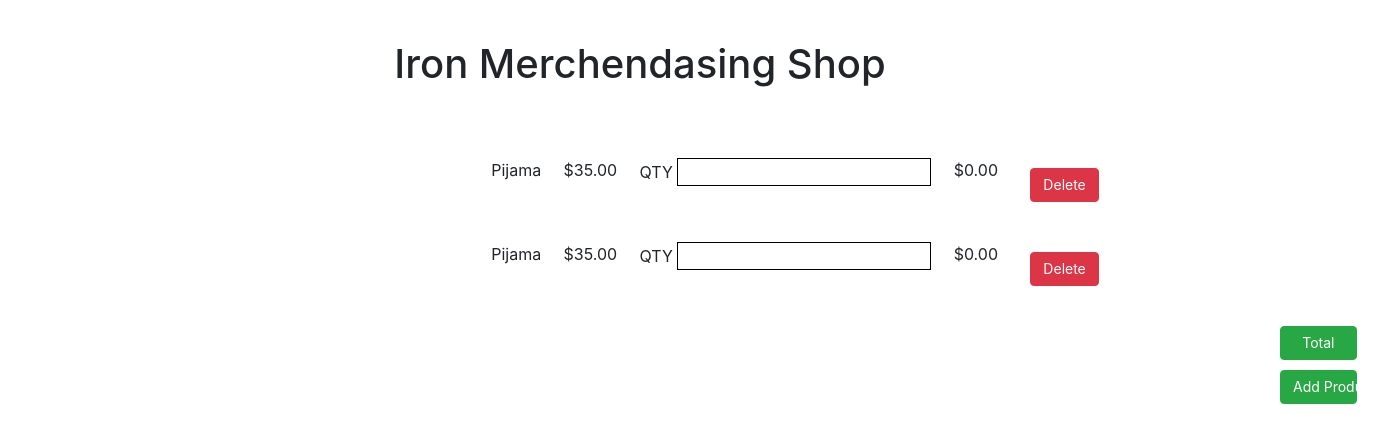
Repository: konstantin0s/lab-cart-DOM
Page: index.html
These files come from the project's save history. The page is drawn as it stood at one moment and after the next save; the edit follows.
The browser window is 1280 px wide. The page is 1376 px wide, so the pictures cover 1376 px, including what lies to the right of the window. The pictures show the whole page.
Some web libraries are served in a nearby version.

Above is the page before, as saved 2019-02-03 09:59:16.

### index.html
<!DOCTYPE html>
<html lang="en">
<head>
  <meta charset="UTF-8">
  <meta name="viewport" content="width=device-width, initial-scale=1.0">
  <meta http-equiv="X-UA-Compatible" content="ie=edge">
  <link rel="stylesheet" href="https://cdnjs.cloudflare.com/ajax/libs/normalize/5.0.0/normalize.min.css">
  <link rel="stylesheet" href="./css/style.css">
  <link rel="stylesheet" href="https://stackpath.bootstrapcdn.com/bootstrap/4.2.1/css/bootstrap.min.css">
  <title>Ironhack cart</title>
</head>

<body>
  <h1  class="title">Iron Merchendasing Shop</h1>
<!--
  <div class="container mt-4" id="amess">
    <h1 class="display-4 text-center">
      <i class="fas fa-book-open text-primary"></i>
      My <span class="text-primary">Products</span>List
      </h1>
      <form action="" id="product-form">
        <div class="form-group">
          <label for="product">Product</label>
          <input id="newProd" class="form-control" type="text">
        </div>
        <div class="form-group">
          <label for="price">$:</label>
          <input id="newPrice" class="form-control" type="text">
        </div>
        <div class="form-group">
          <label for="quantity">QTY</label>
          <input id="newQty" class="form-control" type="text">
        </div>
        <input type="submit" value="Add Product"
          class="btn btn-primary btn-block">
     </form>
        <table class="table table-striped">
          <thead>
            <tr>
              <th>Product:</th>
              <th class="fPrice">Price:</th>
              <th class="fQua">Quantity:</th>
              <th class="fTotal">Total:</th>
              <th></th>
            </tr>
          </thead>
            <tbody id="product-list"></tbody>
          </table>
  </div>   -->


  <div id="container">

      <div class="product">
        <div class="name">
          <span>Pijama</span>
        </div>
        <div class="price">
          $<span id="price">35.00</span>
        </div>
        <div>
          <label>QTY</label>
          <input type="number" name="quantity" class="quantity">
        </div>
        <div class="sum">
          $<span>0.00</span>
        </div>
        <div class="remove">
            <button class="button btn-danger" type="button">Delete</button>
        </div>
      </div>

      <div class="product">
          <div class="name">
            <span>Pijama</span>
          </div>
          <div class="price">
            $<span class="price">35.00</span>
          </div>
          <div>
            <label>QTY</label>
            <input type="number" name="quantity" class="quantity">
          </div>
          <div class="sum">
            $<span>0.00</span>
          </div>
          <div class="remove">
              <button class="button btn-danger" type="button">Delete</button>
          </div>
        </div>
    </div>

    <!--Ouside container-->
     <div class="addBC-container">
      <div class="calculate">
         <button type="button" class="button btn-success" id="calc-prices-button">Total</button>
      </div>

    <div class="addPBtn">
      <button type="button" class="button btn-success" id="addExtra">Add Product</button>
    </div>

    <div class="newRowItems">

    </div>
    </div>



      <script type="text/javascript" src="./js/index.js"></script>

</body>
</html>

### css/style.css

body{
  overflow-x: hidden;
}

.title {
  text-align: center;
  padding: 40px;
}

.container {
  display: flex;
  flex-direction: row;
}

input {
  border: solid 1px black;
}

.product {
  display: flex;
  flex-direction: row;
  justify-content: space-around;
  width: 50%;
  margin: 30px 0 0 480px;
}

.button {
  display: inline-block;
  padding: 6px 12px;
  margin-bottom: 0;
  font-size: 14px;
  font-weight: 400;
  line-height: 1.42857143;
  text-align: center;
  white-space: nowrap;
  vertical-align: middle;
  -ms-touch-action: manipulation;
  touch-action: manipulation;
  cursor: pointer;
  -webkit-user-select: none;
  -moz-user-select: none;
  -ms-user-select: none;
  user-select: none;
  background-image: none;
  border: 1px solid transparent;
  border-radius: 4px;
}

.btn-success {
    color: #fff;
    background-color: #5cb85c;
    border-color: #4cae4c;
}

.cost-1 {
  margin: 10px;

}

.input {
  margin: 10px;
}

.totalP-1 {
  margin: 10px;
}



/* add total & product container */
.addBC-container {
    display: flex;
    flex-direction: column;
    margin:20px 0 20px 0;
}

/* Add new product button*/
.addPBtn {
  margin:10px 0 0 1280px;
  display: flex;
  flex-direction: column;
  width: 6%;
}

/* total button*/
.calculate {
  margin:10px 0 0 1280px;
  display: flex;
  flex-direction: column;
  width: 6%;
}

.remove {
  margin: 10px;
}

.btn-danger {
    color: #fff;
    background-color: #CF000F;
    border-color: #CF000F;
}

/* .quantity {
  margin: 0px 5px;
  height: 30px;
} */
/*
.newRowItems {
  display: flex;
  flex-direction: column;

}

.newRowItems p{
 position: relative;
 top: -40px;
 left: 175px;
}

.newRowItems .sexy{
  position: relative;
  top: -2x;
  left: 20px;
 }
 .newRowItems .quan {
  position: relative;
  top: -130px;
  left: 460px;
}

 .newRowItems input{
  position: relative;
  top: -91px;
  left: 190px;
 }


 .newRowItems .inputQua{
  position: relative;
  top: -80px;
  left: 380px;
 }

  .newRowItems .defPrice{
  position: relative;
  top: -210px;
  left: 845px;
 } */

 /* style new added new products*/
 /* #amess {
   display:flex;
   width:50%;
   height: 500px;
   flex-direction: column;
   /* align-items: center; */
   /* margin-bottom: 300px;
   left: -400px;
 } */

/*
.newRowItems button {
  position: relative;
  top: -253px;
  left: 890px;
  width: 70px;
  display: inline-block;
  padding: 6px 12px;
  margin-bottom: 0;
  font-size: 14px;
  font-weight: 400;
  line-height: 1.42857143;
  text-align: center;
  white-space: nowrap;
  vertical-align: middle;
  -ms-touch-action: manipulation;
  touch-action: manipulation;
  cursor: pointer;
  -webkit-user-select: none;
  -moz-user-select: none;
  -ms-user-select: none;
  user-select: none;
  background-image: none;
  border: 1px solid transparent;
  border-radius: 4px;

} */

### js/index.js

  document.getElementById("calc-prices-button").addEventListener("click", getTotalPrice);
  document.getElementById("addExtra").addEventListener("click", createNewItemRow);
  // document.getElementById("addExtra").addEventListener("click", createQuantityNode);
  // document.getElementById("addExtra").addEventListener("click", createQuantityInput);
  // document.getElementById("addExtra").addEventListener("click", getPriceByProduct);
  document.getElementById("addExtra").addEventListener("click",   createDeleteButton);
  // document.getElementById("calc-prices-button").addEventListener("click", calculatePriceProducts);

//         var clickedElement = event.target;
//         var parentElement = event.target.parentElement;

//         Retrieves the unit price of the productv
// Retrieves the quantity of items desired
// Calculates the total price based on this data
// Updates the total price in the DOM
// getPriceByProduct();

// var productsArray = document.getElementById('form').elements;
// // var productsArray = [...document.getElementById('form').children).elements];
// console.log(productsArray);

// function calculatePriceProducts() {
//   var result = 0;
//   productsArray.forEach(function(index) {
//     var priceItem = document.getElementsByClassName("cost-" + index.toString()).value;
//     var num = parseFloat(priceItem.replace(/[^0-9.]/g, ""));
//     var quantity = document.getElementsByClassName("total-" + index.toString()).value;
//     quantity = parseInt(quantity);
//     var total = quantity * num;
//     document.getElementsByClassName("totalP-" + num.toString()).innerHTML = total;
//     result += total;
//   })
//   document.getElementsByClassName("price2").textContext = result;
// }




function deleteItem(e){

}

function getPriceByProduct(itemNode){
  // var h5 = document.createElement("H5");                       // Create a <p> element
  // itemNode = document.createTextNode("$0 ");
  // h5.className = 'defPrice';     // Create a text node
  // h5.appendChild(itemNode);                                          // Append the text to <p>
  // document.getElementsByClassName("newRowItems")[0].appendChild(h5);
}


function updatePriceByProduct(productPrice, index){

}

function getTotalPrice(result) {
   var getPrice = parseInt(document.getElementById('price').value);
   var getQuan = parseInt(document.getElementsByClassName('quantity').value);
   var result = getPrice * getQuan;

//    var elements = document.getElementById("my-form").elements;
//    for (var i = 0; i < elements.length; i++) {

// }

    if (!result) {
    document.getElementsByClassName("sum")[0].innerHTML = "Add Num";
  } else {
    document.getElementsByClassName("sum")[0].innerHTML = "Total price is = $" + result;
  }
}




function createQuantityInput() {
// var label = document.createElement("LABEL");
// label.className = 'inputQua';
// var quaInput = document.createElement("INPUT");
// label.appendChild(quaInput);
// document.getElementsByClassName('newRowItems')[0].appendChild(label);
}

function createDeleteButton(){
// var button = document.createElement("BUTTON");
// button.className = 'button btn-delete';
// var quaDel = document.createTextNode("Delete");
// button.appendChild(quaDel);
// document.getElementsByClassName('newRowItems')[0].appendChild(button);
}

function createQuantityNode(){
  // var h5 = document.createElement("H5");
  // h5.className = 'quan';                       // Create a <p> element
  // var quaNode = document.createTextNode("Quantity: ");      // Create a text node
  // h5.appendChild(quaNode);                                          // Append the text to <p>
  // document.getElementsByClassName("newRowItems")[0].appendChild(h5);
}

function createItemNode(dataType, itemData){

}

function createNewItemRow(itemName, itemUnitPrice){
  // var h5 = document.createElement("H5");                       // Create a <p> element
  // itemName = document.createTextNode("Sexy Shirt: ");
  // h5.className = 'sexy';     // Create a text node
  // h5.appendChild(itemName);                                          // Append the text to <p>
  // document.getElementsByClassName("newRowItems")[0].appendChild(h5);

  // var label = document.createElement("LABEL");
  // var par = document.createElement("P");                       // Create a <p> element
  // var dollar = document.createTextNode("$");
  // par.appendChild(dollar);
  // itemUnitPrice = document.createElement("INPUT");
  // label.appendChild(itemUnitPrice);
  // document.getElementsByClassName('newRowItems')[0].appendChild(par);
  // document.getElementsByClassName('newRowItems')[0].appendChild(label);

}

function createNewItem(){

}

// window.onload = function(){
//   var calculatePriceButton = document.getElementById('calc-prices-button');
//   var createItemButton = document.getElementById('new-item-create');
//   var deleteButtons = document.getElementsByClassName('btn-delete');

//   calculatePriceButton.onclick = getTotalPrice;
//   createItemButton.onclick = createNewItem;

//   for(var i = 0; i<deleteButtons.length ; i++){
//     deleteButtons[i].onclick = deleteItem;
//   }
// };




// class Product {
//   constructor(name, price, quantity) {
//     this.name = name;
//     this.price = price;
//     this.quantity = quantity;
//   }
// }

// //local storage
// class Store {
//   static getProducts() {
//     var products;
//     if (localStorage.getItem('products') === null) {
//       products = [];
//     } else {
//       products = JSON.parse(localStorage.getItem('products'));
//     }

//     return products;
//   }

//   static addProduct(product) {
//      var products = Store.getProducts();
//        products.push(product);
//        localStorage.setItem('products', JSON.stringify(products));
//   }

//   static removeProduct(quantity) {
//     var products = Store.getProducts();
//     products.forEach((product, index) => {
//       if (product.quantity === quantity) {
//         products.splice(index, 1);
//       }
//     });

//     localStorage.setItem('products', JSON.stringify(products));

//   }
// }

// class UI {
//   static displayProducts() {

//      const products = Store.getProducts();

//      products.forEach((product) => UI.addProductToList(product));

//      }
//      static addProductToList(product) {
//       var list = document.querySelector("#product-list");
//       var  row = document.createElement("TR");
//       row.innerHTML = `
//       <td>${product.name}</td>
//       <td>${product.price}</td>
//       <td>${product.quantity}</td>
//       <td><a href="#" class="btn btn-danger btn-sm
//        delete">X</a></td>
//      `;

//       list.appendChild(row);
//   }

//   static deleteProduct(el) {
//     if (el.classList.contains("delete")) {
//         el.parentElement.parentElement.remove(); // deletes tr
//     }
//   }

//   static showAlert(message, className) {
//   var div = document.createElement('div');
//      div.className = `alert alert-${className}`;
//      div.appendChild(document.createTextNode(message));
//      var container = document.querySelector('#amess');
//      var form = document.querySelector('#product-form');
//      container.insertBefore(div, form);
//      setTimeout(() => document.querySelector('.alert').remove(), 3000);
//   }

//   static clearFields() {
//     const name = document.querySelector("#newProd").value = "";
//     const price = document.querySelector("#newPrice").value = "";
//     const quantity = document.querySelector("#newQty").value = "";
//   }
// }


// document.addEventListener("DOMContentLoaded", UI.displayProducts);

// document.querySelector("#product-form").addEventListener("submit", (e) => {
//   // e.preventDefault();
//   const name = document.querySelector("#newProd").value;
//   const price = document.querySelector("#newPrice").value;
//   const quantity = document.querySelector("#newQty").value;

//   //validate
//   if (name === '' || price === '' || quantity === '') {
//     UI.showAlert('please fill in all fields', 'danger');
//   } else {
//     const product = new Product(name, price, quantity);

//     UI.addProductToList(product);

//     //add product to Store
//     Store.addProduct(product);

//     UI.clearFields();
//   }


// });

// //delete product
// document.querySelector("#product-list").addEventListener("click", (e) => {
//   UI.deleteProduct(e.target);

//   //remove product from store
// Store.removeProduct(e.target.parentElement.previousElementSibling.textContent);

// });

After the next save:
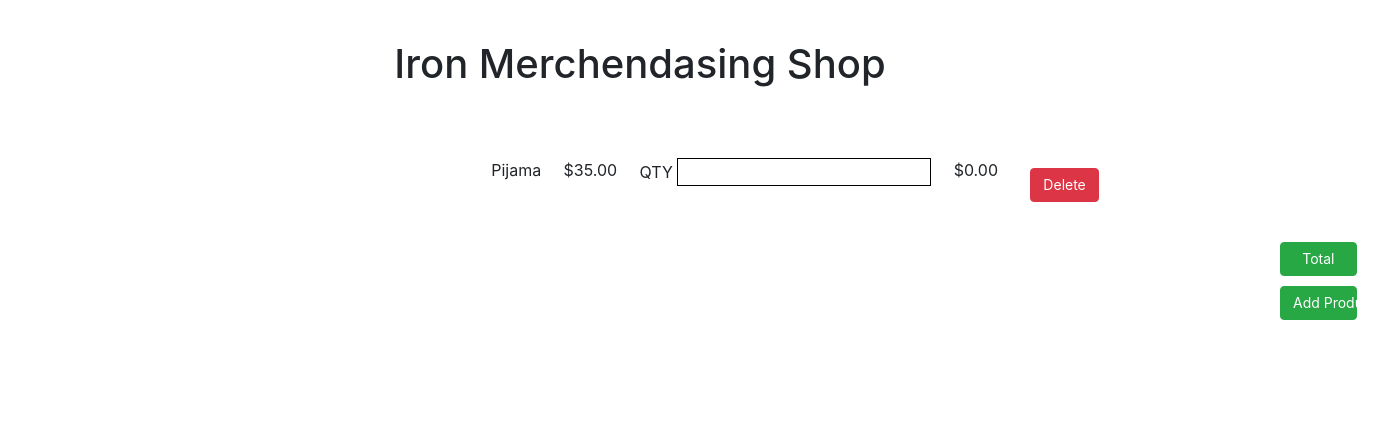
Saved 15 s later.
--- a/index.html
+++ b/index.html
@@ -70,7 +70,7 @@
         </div>
       </div>
 
-      <div class="product">
+      <!-- <div class="product">
           <div class="name">
             <span>Pijama</span>
           </div>
@@ -87,7 +87,7 @@
           <div class="remove">
               <button class="button btn-danger" type="button">Delete</button>
           </div>
-        </div>
+        </div> -->
     </div>
 
     <!--Ouside container-->
